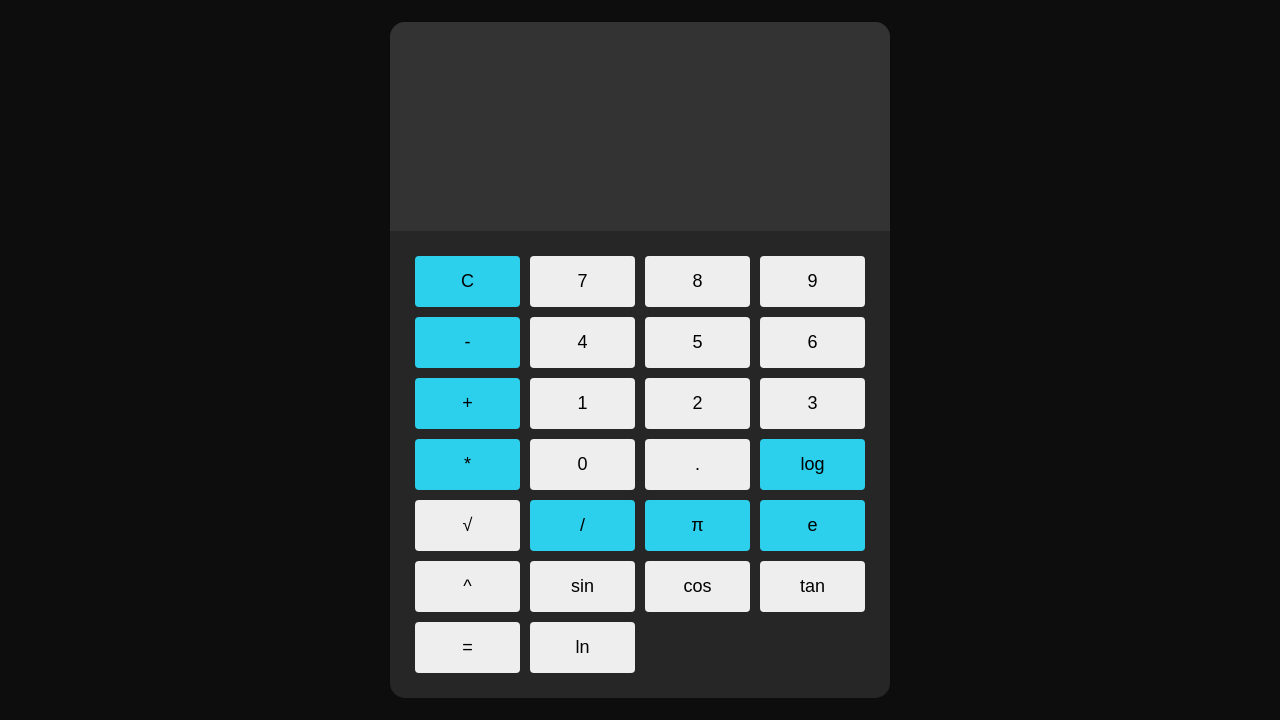
Repository: Haakim19/JavaScript
Page: Calculater/Main.html
An editor plug-in stored every save of this project. The page is shown before and after the next save, followed by the edit.
The browser window is 1280 px wide. The pictures show the whole page.

Above is the page before, as saved 2024-10-23 10:28:32.

### Calculater/Main.html
<!DOCTYPE html>
<html lang="en">
<head>
    <meta charset="UTF-8">
    <meta name="viewport" content="width=device-width, initial-scale=1.0">
    <title>Calculator</title>
    <link rel="stylesheet" href="Main.css">
</head>
<body>
    <div id="calculator">
        <div id="calculator-normal">
            <input id= "display1" readonly>
            <input id="display2" readonly>
            <div id="keys">
                <button onclick="clearDisplay()" class="operator-btn">C</button>
                <button onclick="appentToDisplay('7')">7</button>
                <button onclick="appentToDisplay('8')">8</button>
                <button onclick="appentToDisplay('9')">9</button>
                <button onclick="appentToDisplay('-')" class="operator-btn">-</button>
                <button onclick="appentToDisplay('4')">4</button>
                <button onclick="appentToDisplay('5')">5</button>
                <button onclick="appentToDisplay('6')">6</button>
                <button onclick="appentToDisplay('+')" class="operator-btn">+</button>
                <button onclick="appentToDisplay('1')">1</button>
                <button onclick="appentToDisplay('2')">2</button>
                <button onclick="appentToDisplay('3')">3</button>
                <button onclick="appentToDisplay('*')" class="operator-btn">*</button>
                <button onclick="appentToDisplay('0')">0</button>
                <button onclick="appentToDisplay('.')" >.</button>
                <button onclick="appentToDisplay('Math.log10()')" class="operator-btn">log</button>
                <button onclick="appentToDisplay('Math.sqrt()')" >√</button>
                <button onclick="appentToDisplay('/')" class="operator-btn">/</button>
                <button onclick="appendToDisplay('Math.PI()')" class="operator-btn">π</button>
                <button onclick="appentToDisplay('Math.e()')" class="operator-btn">e</button>
                <button onclick="appendToDisplay('**')">^</button>
                <button onclick="appentToDisplay('Math.sin()')" >sin</button>
                <button onclick="appentToDisplay('Math.cos()')">cos</button>
                <button onclick="appentToDisplay('Math.tan()')" >tan</button>
                <button onclick="calculate()" >=</button>
                <button onclick="appentToDisplay('Math.log()')" >ln</button>
            </div>
        </div>

    </div>
<script src="Main.js"></script>
</body>
</html>

### Calculater/Main.css
body{
    margin: 0;
    display: flex;
    justify-content: center;
    align-items: center;
    height: 100vh;
    background-color: hsl(0,0%, 5%);

}
#calculate{
    font-family:sans-serif;
}
#calculator-normal{
    background-color: hsl(0, 0%, 15%);
    border-radius: 15px;
    max-width: 500px;
    overflow: hidden;
}

#display1{
    width: 100%;
    padding: 20px;
    font-size: 2rem;
    border: none;
    text-align: left;
    padding-right: -15px;
    color: white;
    background-color: hsl(0, 0%, 20%);

}
#display2{
    width: 100%;
    padding: 20px;
    font-size: 5rem;
    border: none;
    text-align: left;
    padding-right: -15px;
    color: white;
    background-color: hsl(0, 0%, 20%);

}
#keys{
    display: grid;
    grid-template-columns: repeat(4, 1fr);
    gap: 10px;
    padding: 25px;
}
/* #keys-normal{
    width: 80px;
    height: 60px;
    color: white;
    border-radius: 50px;
    border: none;
    font-size: 3rem;
    background-color: hsl(0, 0%, 30%);
    font-weight: bold;
    cursor: pointer;
} */
/* button{
    width: 80px;
    height: 60px;
    color: white;
    border-radius: 50px;
    border: none;
    font-size: 3rem;
    background-color: hsl(0, 0%, 30%);
    font-weight: bold;
    cursor: pointer;
} */
button{
    width: 100%;
    padding: 15px;
    font-size: 18px;
    border: none;
    border-radius: 4px;
    background-color: #eee;
    cursor: pointer;
    transition: background-color 0.3s;
}

button:hover{
    background-color: hsl(0, 0%, 40%);
}

button:active{
    background-color: hsl(0, 0%, 50%);
}

.operator-btn{
    background-color: hsl(189, 84%, 55%);
}

.operator-btn:hover{
    background-color: hsl(189, 84%, 65%);
}

.operator-btn:active{
    background-color: hsl(189, 84%, 75%);
}

### Calculater/Main.js
const display1 = document.getElementById('display1');
const display2 = document.getElementById('display2');

function appentToDisplay(input){
    display2.value += input;
}
function clearDisplay(){
    display1.value = '';
    display2.value = '';
}
function calculate(){
    try{
        display1.value = eval(display2.value);}
    catch{
        display2.value = 'Error';
    }

}

After the next save:
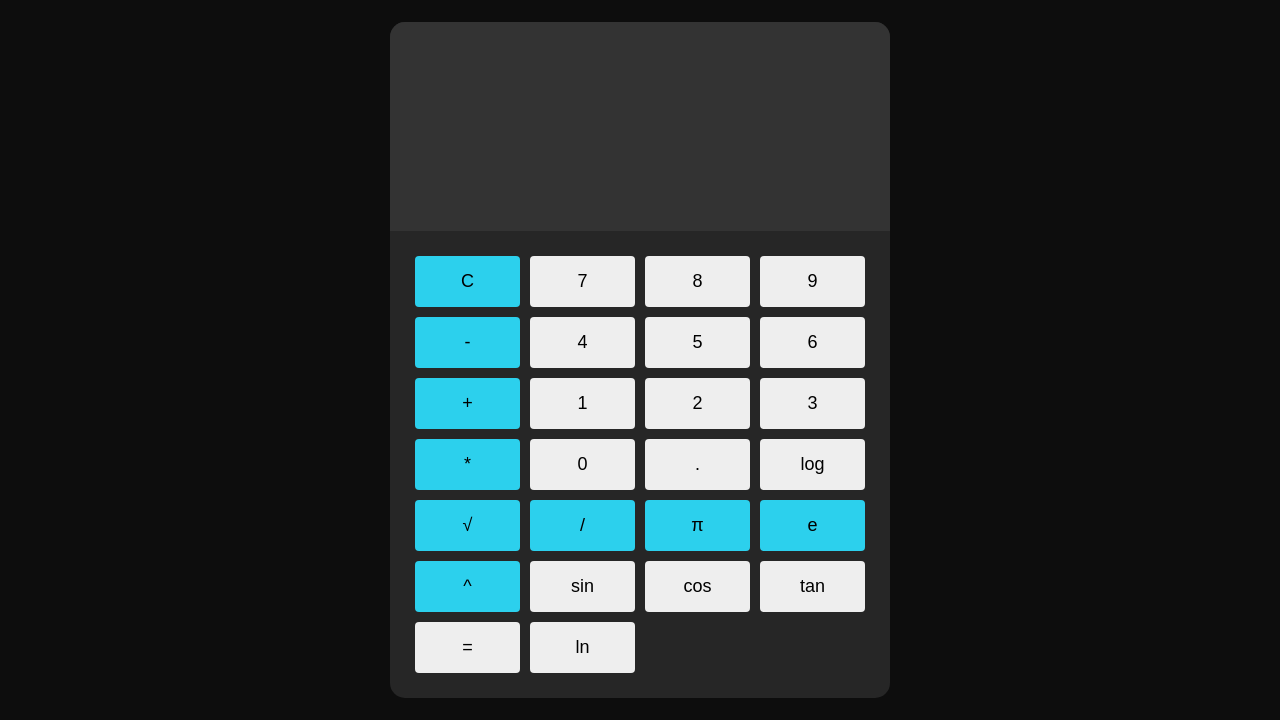
Saved 29 s later.
--- a/Calculater/Main.html
+++ b/Calculater/Main.html
@@ -27,17 +27,17 @@
                 <button onclick="appentToDisplay('*')" class="operator-btn">*</button>
                 <button onclick="appentToDisplay('0')">0</button>
                 <button onclick="appentToDisplay('.')" >.</button>
-                <button onclick="appentToDisplay('Math.log10()')" class="operator-btn">log</button>
-                <button onclick="appentToDisplay('Math.sqrt()')" >√</button>
+                <button onclick="appentToDisplay('Math.log10()')" >log</button>
+                <button onclick="appentToDisplay('Math.sqrt()')" class="operator-btn">√</button>
                 <button onclick="appentToDisplay('/')" class="operator-btn">/</button>
                 <button onclick="appendToDisplay('Math.PI()')" class="operator-btn">π</button>
                 <button onclick="appentToDisplay('Math.e()')" class="operator-btn">e</button>
-                <button onclick="appendToDisplay('**')">^</button>
-                <button onclick="appentToDisplay('Math.sin()')" >sin</button>
+                <button onclick="appendToDisplay('**')" class="operator-btn">^</button>
+                <button onclick="appentToDisplay('Math.sin()')">sin</button>
                 <button onclick="appentToDisplay('Math.cos()')">cos</button>
-                <button onclick="appentToDisplay('Math.tan()')" >tan</button>
+                <button onclick="appentToDisplay('Math.tan()')">tan</button>
                 <button onclick="calculate()" >=</button>
-                <button onclick="appentToDisplay('Math.log()')" >ln</button>
+                <button onclick="appentToDisplay('Math.log()')">ln</button>
             </div>
         </div>
 
